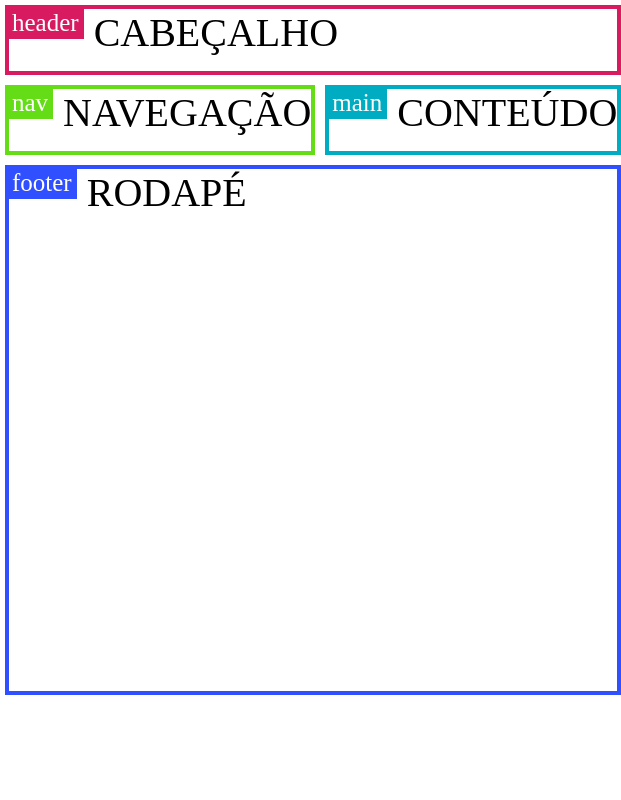
Repository: eversonps/flexbox-grid-css
Page: grid/cssgrid3.html
An editor plug-in stored every save of this project. The page is shown before and after the next save, followed by the edit.
The browser window is 600 px wide. The page is 621 px wide, then 600 px, so the pictures cover 621 px, including what lies to the right of the window. The pictures show the whole page.

Above is the page before, as saved 2022-03-23 17:01:08.

After the next save:
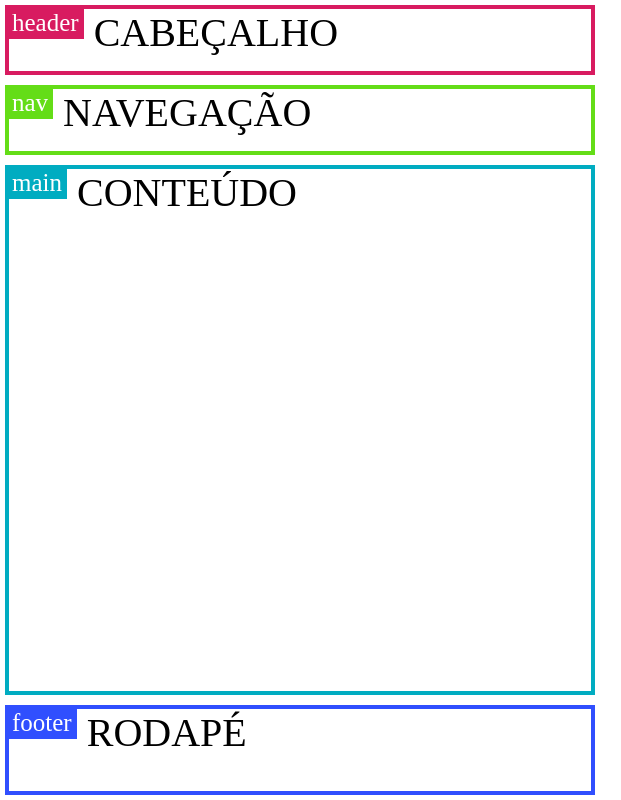
Saved 46 s later.
--- a/grid/cssgrid3.html
+++ b/grid/cssgrid3.html
@@ -42,6 +42,12 @@
             body{
                 grid-template-columns: 1fr;
                 grid-template-rows: 80px 80px 1fr 100px;
+                grid-template-areas:
+                "cabecalho"
+                "navegacao"
+                "conteudo"
+                "rodape"
+                ;
             }
         }
     </style>
